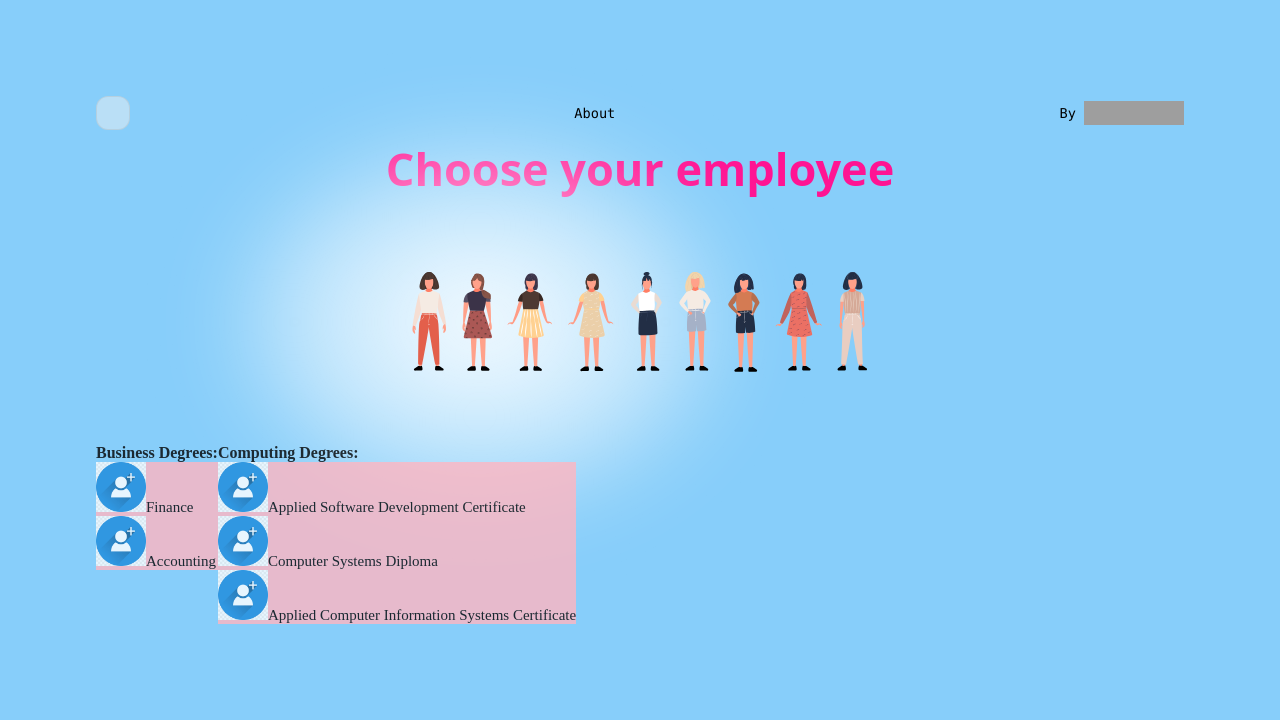
Repository: bguemos/week3example
Page: /
The author's editor kept a copy of each file at every save. The page is drawn from the files as they stood at one save, then again after the next save.
The browser window is 1280 px wide. The pictures show the whole page.
Pictures or frames that could not be fetched are drawn as grey boxes. The project was rebuilt for these pictures with package versions that can differ from the ones it lists, and the page was loaded fresh each time. The framework's server and built-in components were replaced by stand-ins that run in the browser. Also part of the build but not shown: next.config.js.

Above is the page before, as saved 2023-01-23 13:20:08.

### pages/index.js
import Head from 'next/head'
import Image from 'next/image'
import { Inter } from '@next/font/google'
import styles from '@/styles/Home.module.css'
import data from '../data/education.json'
import { useState } from 'react'
import Card from '../components/Card'
import Link from 'next/link'

const inter = Inter({ subsets: ['latin'] })

export default function Home() {
    const [information, setInformation] = useState([...data])
     console.log(data);
  return (
    <>
      <Head>
        <title>The Office</title>
        <meta name="description" content="Generated by create next app" />
        <meta name="viewport" content="width=device-width, initial-scale=1" />
        <link rel="icon" href="/favicon.ico" />
      </Head>
      <main className={styles.main}>
        <div className={styles.description}>
          <p>

            <code className={styles.code}></code>
          </p>
          <Link href="About">About</Link>
          <div>
            <a


            >
              By{' '}
              <Image
                src="/vercel.svg"
                alt="Vercel Logo"
                className={styles.vercelLogo}
                width={100}
                height={24}
                priority
              />
            </a>
          </div>
        </div>

        <h1 className={styles.header}> Choose your employee</h1>

        <div className={styles.center}>
          <Image
            className={styles.logo}
            src="/assets/Women.svg"
            alt="womanLogo"
            width={500}
            height={100}
            priority
          />


        </div>

        <div className={styles.grid}>
          <div className={styles.graph1}>
          <b> Business Degrees: </b>
          {information && information.map((info, index) => {
            if(info.department === "Business"){
              return(
                <Card key={index} degree={info.degree} colour="lightPink" font="15px"/>
              )
            }
           })}
           </div>
           <div className={styles.graph2}>
           <b> Computing Degrees:</b>
           {information && information.map((info, index) => {
            if(info.department === "Computing"){
              return(
              <Card key={index} degree={info.degree} colour="lightPink" font="15px"/>
              )
            }
            })}
            </div>
        </div>
      </main>
    </>
  )
}

### styles/Home.module.css
.main {
  display: flex;
  flex-direction: column;
  justify-content: space-between;
  align-items: center;
  padding: 6rem;
  min-height: 100vh;
  background-color: lightskyblue;

}
.label{
  font-size: 15px;
  font-family: system-ui, -apple-system, BlinkMacSystemFont, 'Segoe UI', Roboto, Oxygen, Ubuntu, Cantarell, 'Open Sans', 'Helvetica Neue', sans-serif;
  color: deeppink;
}

.description {
  display: inherit;
  justify-content: inherit;
  align-items: inherit;
  font-size: 0.85rem;
  max-width: var(--max-width);
  width: 100%;
  z-index: 2;
  font-family: var(--font-mono);
}

.description a {
  display: flex;
  justify-content: center;
  align-items: center;
  gap: 0.5rem;
}

.description p {
  position: relative;
  margin: 0;
  padding: 1rem;
  background-color: rgba(var(--callout-rgb), 0.5);
  border: 1px solid rgba(var(--callout-border-rgb), 0.3);
  border-radius: var(--border-radius);
}

.code {
  font-weight: 700;
  font-family: var(--font-mono);
}

.grid {
  display: flex;
  flex-direction: row;
  flex-wrap: nowrap;
  grid-template-columns: repeat(4, minmax(25%, auto));
  width: var(--max-width);
  max-width: 100%;
  opacity: .8;

}

.card {
  padding: 1rem 1.2rem;
  border-radius: var(--border-radius);
  background: rgba(var(--card-rgb), 0);
  border: 1px solid rgba(var(--card-border-rgb), 0);
  transition: background 200ms, border 200ms;
}

.card span {
  display: inline-block;
  transition: transform 200ms;
}

.card h2 {
  font-weight: 600;
  margin-bottom: 0.7rem;
}

.card p {
  margin: 0;
  opacity: 0.6;
  font-size: 0.9rem;
  line-height: 1.5;
  max-width: 30ch;
}

.center {
  display: flex;
  justify-content: center;
  align-items: center;
  position: relative;
  padding: 4rem 0;
}

.center::before {
  background: var(--secondary-glow);
  border-radius: 50%;
  width: 480px;
  height: 360px;
  margin-left: -400px;
}

.center::after {
  background: var(--primary-glow);
  width: 240px;
  height: 180px;
  z-index: -1;
}

.center::before,
.center::after {
  content: '';
  left: 50%;
  position: absolute;
  filter: blur(45px);
  transform: translateZ(0);
}

.logo,
.thirteen {
  position: relative;

}
.header{
  position: relative;
  font-size: 45px;
  font-family: system-ui, -apple-system, BlinkMacSystemFont, 'Segoe UI', Roboto, Oxygen, Ubuntu, Cantarell, 'Open Sans', 'Helvetica Neue', sans-serif;
  color: deeppink;
}

.thirteen::before,
.thirteen::after {
  content: '';
  position: absolute;
  z-index: -1;
}

/* Conic Gradient Animation */
.thirteen::before {
  animation: 6s rotate linear infinite;
  width: 200%;
  height: 200%;
  background: var(--tile-border);
}

/* Inner Square */
.thirteen::after {
  inset: 0;
  padding: 1px;
  border-radius: var(--border-radius);
  background: linear-gradient(
    to bottom right,
    rgba(var(--tile-start-rgb), 1),
    rgba(var(--tile-end-rgb), 1)
  );
  background-clip: content-box;
}

/* Enable hover only on non-touch devices */
@media (hover: hover) and (pointer: fine) {
  .card:hover {
    background: rgba(var(--card-rgb), 0.1);
    border: 1px solid rgba(var(--card-border-rgb), 0.15);
  }

  .card:hover span {
    transform: translateX(4px);
  }
}

@media (prefers-reduced-motion) {
  .thirteen::before {
    animation: none;
  }

  .card:hover span {
    transform: none;
  }
}

/* Mobile */
@media (max-width: 700px) {
  .content {
    padding: 4rem;
  }

  .grid {
    grid-template-columns: 1fr;
    margin-bottom: 120px;
    max-width: 320px;
    text-align: center;
  }

  .card {
    padding: 1rem 2.5rem;
  }

  .card h2 {
    margin-bottom: 0.5rem;
  }

  .center {
    padding: 8rem 0 6rem;
  }

  .center::before {
    transform: none;
    height: 300px;
  }

  .description {
    font-size: 0.8rem;
  }

  .description a {
    padding: 1rem;
  }

  .description p,
  .description div {
    display: flex;
    justify-content: center;
    position: fixed;
    width: 100%;
  }

  .description p {
    align-items: center;
    inset: 0 0 auto;
    padding: 2rem 1rem 1.4rem;
    border-radius: 0;
    border: none;
    border-bottom: 1px solid rgba(var(--callout-border-rgb), 0.25);
    background: linear-gradient(
      to bottom,
      rgba(var(--background-start-rgb), 1),
      rgba(var(--callout-rgb), 0.5)
    );
    background-clip: padding-box;
    backdrop-filter: blur(24px);
  }

  .description div {
    align-items: flex-end;
    pointer-events: none;
    inset: auto 0 0;
    padding: 2rem;
    height: 200px;
    background: linear-gradient(
      to bottom,
      transparent 0%,
      rgb(var(--background-end-rgb)) 40%
    );
    z-index: 1;
  }
}

/* Tablet and Smaller Desktop */
@media (min-width: 701px) and (max-width: 1120px) {
  .grid {
    grid-template-columns: repeat(2, 50%);
  }
}

@media (prefers-color-scheme: dark) {
  .vercelLogo {
    filter: invert(1);
  }

  .logo,
  .thirteen img {
    filter: invert(1) drop-shadow(0 0 0.3rem #ffffff70);
  }
}

@keyframes rotate {
  from {
    transform: rotate(360deg);
  }
  to {
    transform: rotate(0deg);
  }
}

### data/education.json
[
        {
            "studentNumber": "A0004567",
            "firstName": "Person 1",
            "gpa": 3.8,
            "department": "Business",
            "degree": "Finance",
            "graduted": 2014
        },
        {
            "studentNumber": "A0001234",
            "firstName": "Person 2",
            "gpa": 3.5,
            "department": "Business",
            "degree": "Accounting",
            "graduted": 2010
        },
        {
            "studentNumber": "A0007890",
            "firstName": "Person 3",
            "gpa": 3.2,
            "department": "Computing",
            "degree": "Applied Software Development Certificate",
            "graduted": 2018
        },
        {
            "studentNumber": "A0007828",
            "firstName": "Person 4",
            "gpa": 3.9,
            "department": "Computing",
            "degree": "Computer Systems Diploma",
            "graduted": 2021
        },
        {
            "studentNumber": "A0003425",
            "firstName": "Person 5",
            "gpa": 3.2,
            "department": "Computing",
            "degree": "Applied Computer Information Systems Certificate",
            "graduted": 2021
        }
]

### components/Card/index.js
export default function Card({
    degree= "none",
    colour= "purple",
    font = "0",
    image = "icon/personTwo.png"
}) {
    return(
        <div style={{backgroundColor: colour, fontSize:font}}>
         {
            colour === "red" ? <img src={'icon/person.png'} width="50"/> :
            colour === "blue" ? <img src={'icon/personThree.png'} width="50"/>:
                                <img src={image} width="50" />
         }
         {degree}
        </div>
    )
}

Loaded but not shown: pages/_app.js (common file); pages/_document.js (common file); styles/globals.css (common file)

After the next save:
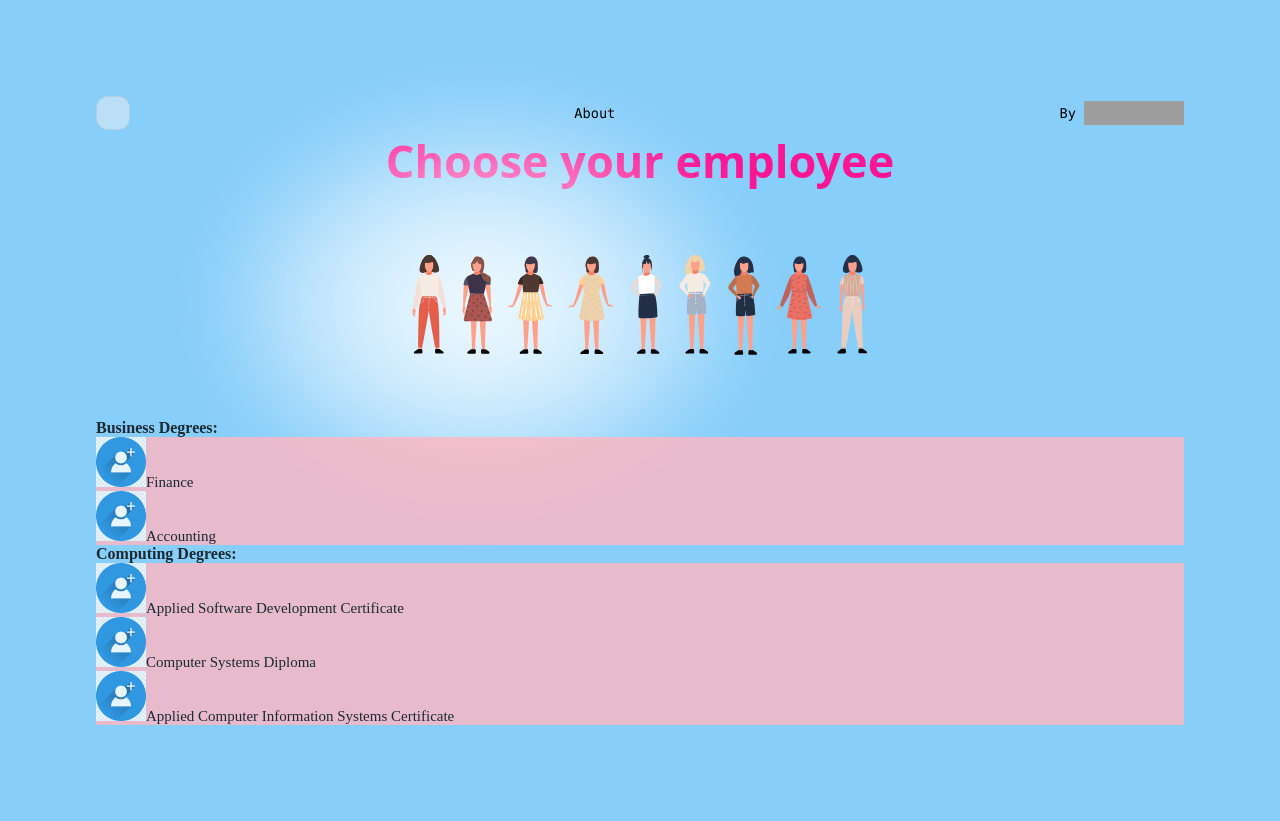
Saved 30 s later.
--- a/styles/Home.module.css
+++ b/styles/Home.module.css
@@ -48,12 +48,15 @@
 
 .grid {
   display: flex;
-  flex-direction: row;
+  flex-direction: column;
   flex-wrap: nowrap;
   grid-template-columns: repeat(4, minmax(25%, auto));
   width: var(--max-width);
   max-width: 100%;
   opacity: .8;
+
+}
+.graph1{
 
 }
 
